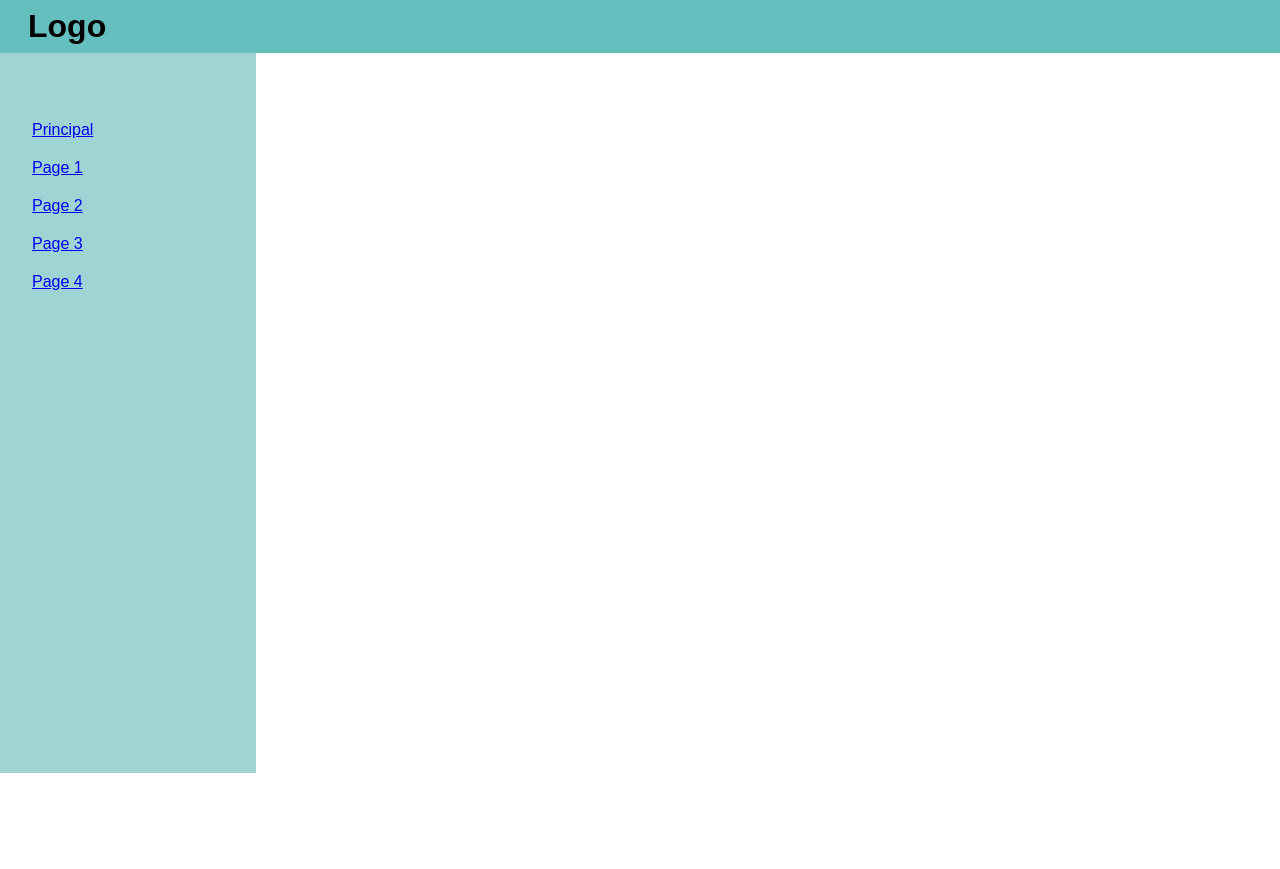
Repository: mateus-henrique-silva/Dashboard-pixel-facebook-react
Page: / (app in dashboard-pixel/)
The author's editor kept a copy of each file at every save. The page is drawn from the files as they stood at one save, then again after the next save.
The browser window is 1280 px wide. The pictures show the whole page.
The project was rebuilt for these pictures with package versions that can differ from the ones it lists, and the page was loaded fresh each time.

Above is the page before, as saved 2022-07-07 17:41:41.

After the next save:
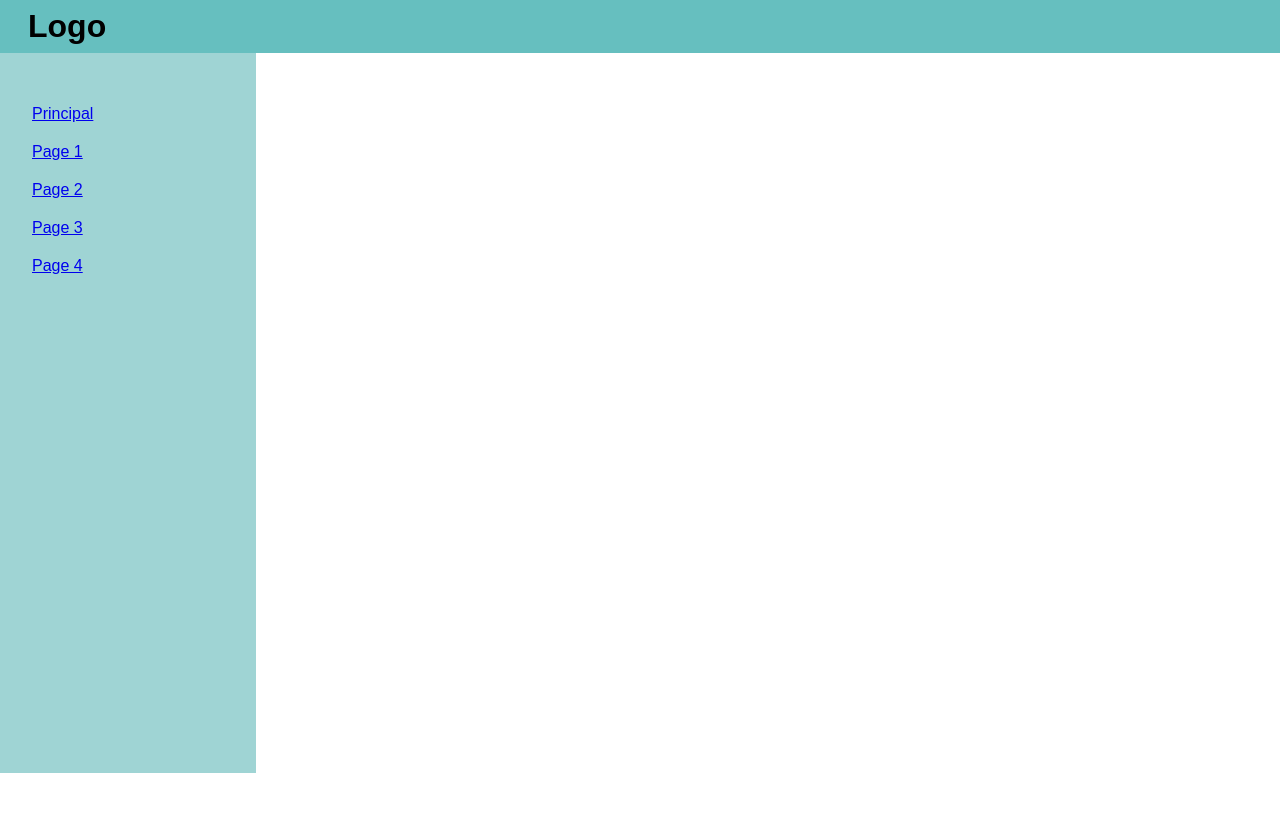
Saved 5 s later.
--- a/dashboard-pixel/src/Components/SideBar/SideBar.css
+++ b/dashboard-pixel/src/Components/SideBar/SideBar.css
@@ -7,7 +7,7 @@
 
 .Menu-tag {
   height: 100%;
-  padding: 3em 2em;
+  padding: 2em 2em;
 }
 
 .Menu-tag div {
